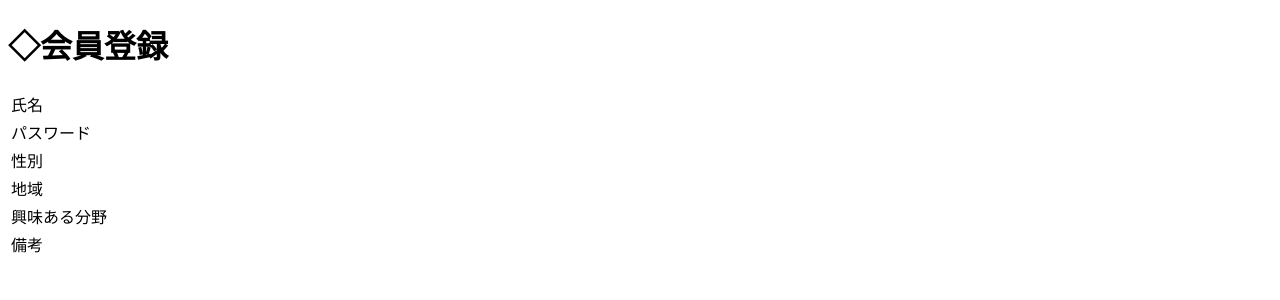
Repository: hideck/STSWorkspace
Page: Registration/src/main/resources/static/input.html
These files come from the project's save history. The page is drawn as it stood at one moment and after the next save; the edit follows.
The browser window is 1280 px wide. The pictures show the whole page.

Above is the page before, as saved 2022-06-22 12:23:04.

After the next save:
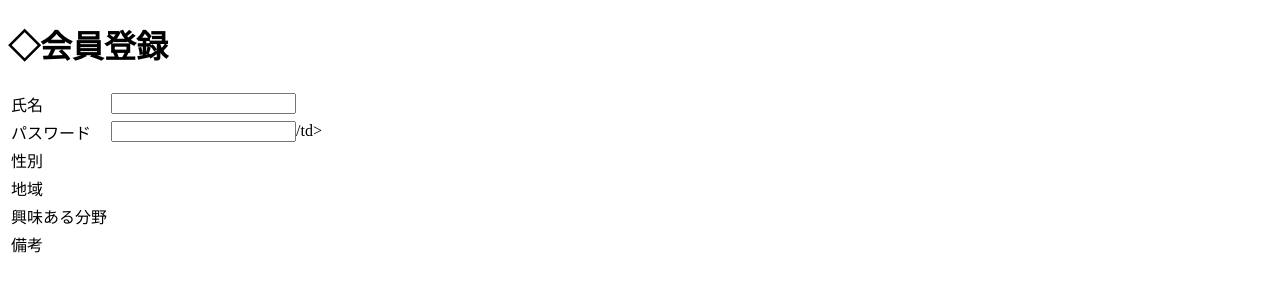
Saved 58 s later.
--- a/Registration/src/main/resources/static/input.html
+++ b/Registration/src/main/resources/static/input.html
@@ -9,11 +9,11 @@
 	<table>
 		<tr>
 			<td>氏名</td>
-			<td></td>
+			<td><input type="text" name="name" /></td>
 		</tr>
 		<tr>
 			<td>パスワード</td>
-			<td></td>
+			<td><input type="password" name="password" />/td>
 		</tr>
 		<tr>
 			<td>性別</td>
